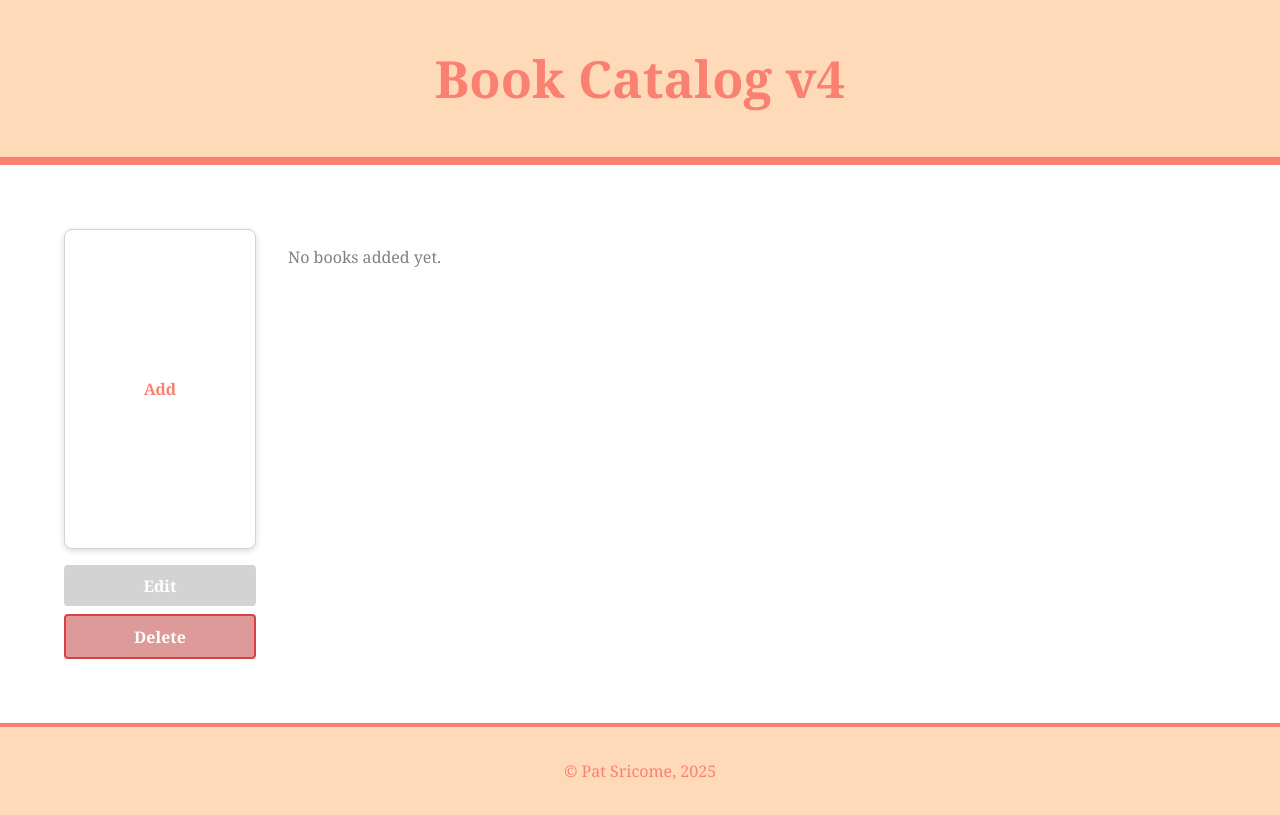
Repository: patcha-d3/book-catalog-v5
Page: /
An editor plug-in stored every save of this project. The page is shown before and after the next save, followed by the edit.
The browser window is 1280 px wide. The pictures show the whole page.
The project was rebuilt for these pictures with package versions that can differ from the ones it lists, and the page was loaded fresh each time. Also part of the build but not shown: vite.config.js, src/book.jsx.

Above is the page before, as saved 2025-10-14 20:40:54.

After the next save:
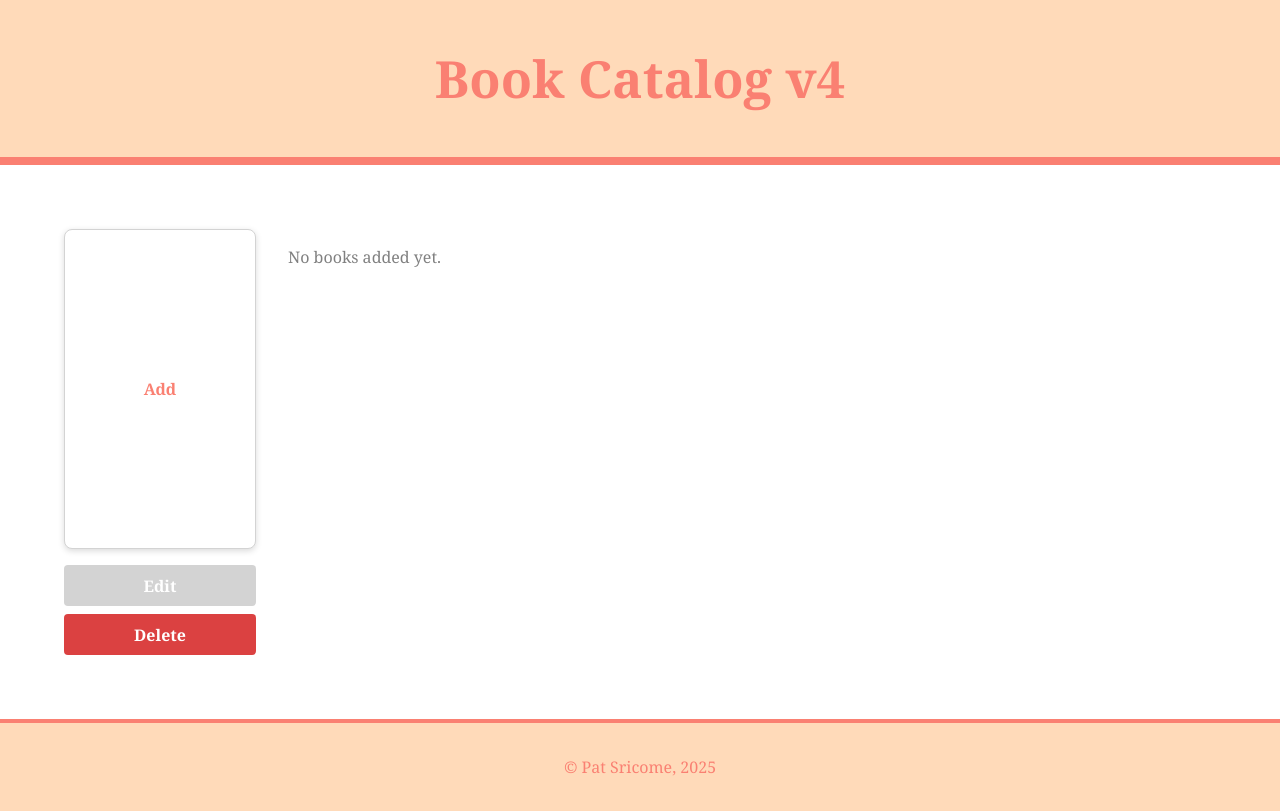
Saved 28 s later.
--- a/src/App.css
+++ b/src/App.css
@@ -291,6 +291,5 @@ dialog form {
 }
 
 .button-delete {
-  background-color: #de9999;
-  border: 2px solid #db4141;
-}
+  background-color: #db4141;
+}
